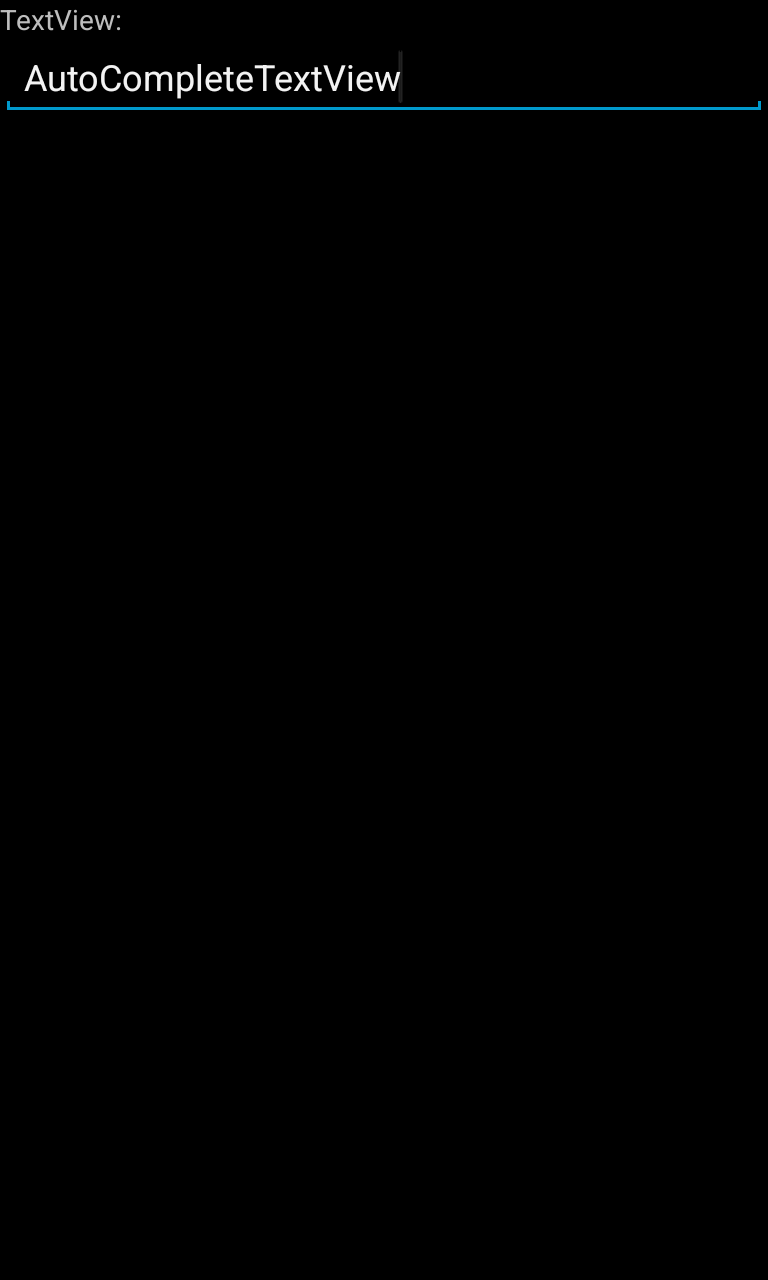
Repository: Amir13/Android_Basic_Steps
Layout: ViewElements/res/layout/autocomplete.xml
The author's editor kept a copy of each file at every save. The layout is drawn from the files as they stood at one save, then again after the next save.
It is drawn on a 768 x 1280 px phone screen (xhdpi) without system bars, with theme android:Theme.Holo; the app's code is not run.

Above is the layout before, as saved 2014-05-22 04:04:08.

After the next save:
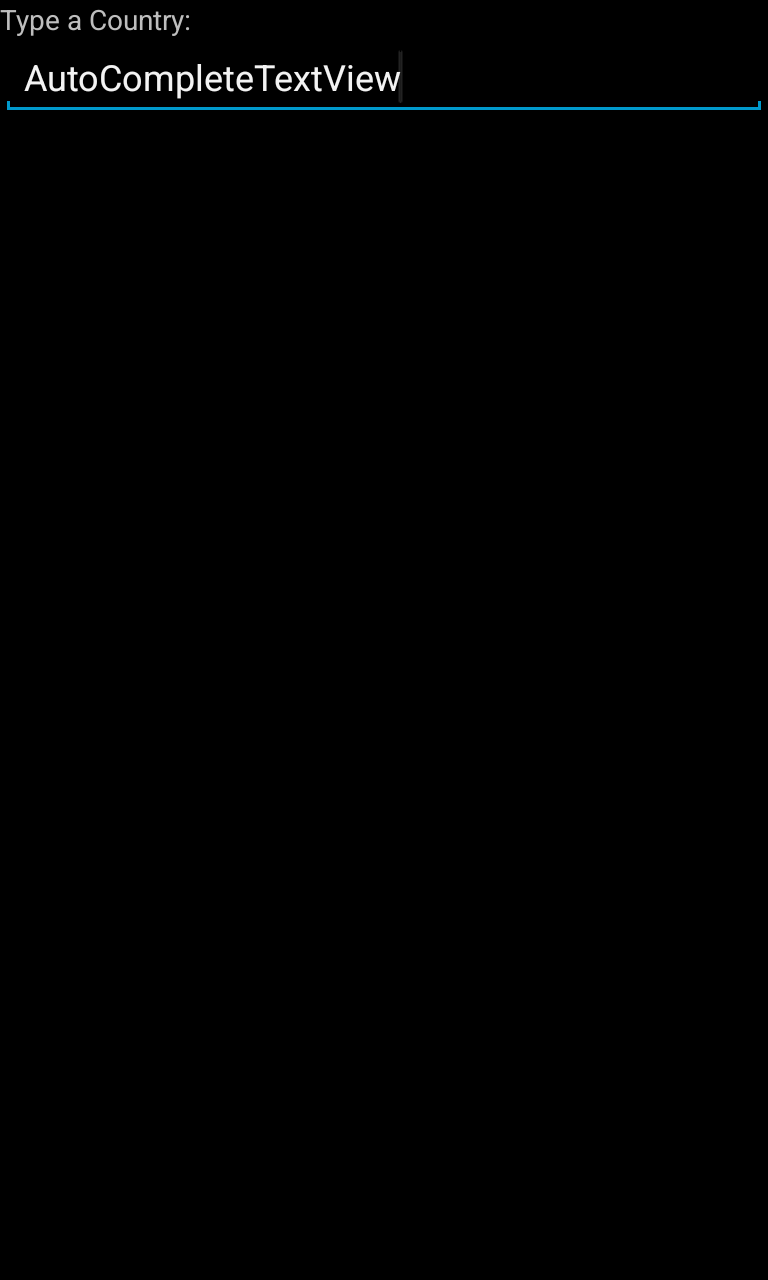
Saved 75 s later.
--- a/ViewElements/res/values/strings.xml
+++ b/ViewElements/res/values/strings.xml
@@ -22,7 +22,7 @@
     <string name="second_activity">This activity was invoked by a button!!</string>
     <string name="togglebutton">ToggleButton</string>
     <string name="checkbox">CheckBox Example</string>
-    <string name="textview">TextView:</string>
+    <string name="textview">Type a Country:</string>
     <string name="autocompletetextview">AutoCompleteTextView</string>
 
 </resources>
